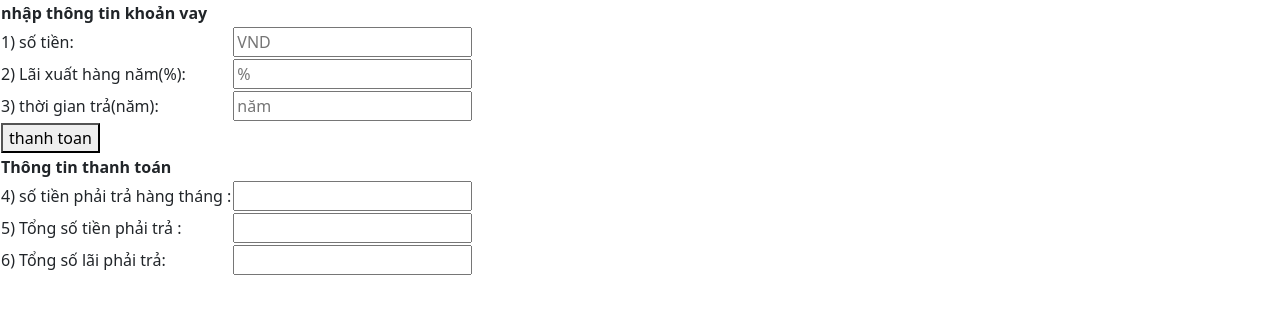
Repository: Lehuyhuynh/DOM
Page: BT2/index.html
An editor plug-in stored every save of this project. The page is shown before and after a run of saves, followed by the edit.
The browser window is 1280 px wide. The pictures show the whole page.

Above is the page before, as saved 2023-09-07 20:35:10.

### BT2/index.html
<!DOCTYPE html>
<html lang="en">
<head>
    <meta charset="UTF-8">
    <meta name="viewport" content="width=device-width, initial-scale=1.0">
    <title>BT2</title>
    <link rel="stylesheet" href="style.css">
    <link href="https://cdn.jsdelivr.net/npm/bootstrap@5.1.3/dist/css/bootstrap.min.css" rel="stylesheet" integrity="sha384-1BmE4kWBq78iYhFldvKuhfTAU6auU8tT94WrHftjDbrCEXSU1oBoqyl2QvZ6jIW3" crossorigin="anonymous">
</head>
<body>

  <form id="form">
    <table>
      <tr>
        <th>nhập thông tin khoản vay</th>
        <th colspan="1"></th>
      </tr>
      <tr>
        <td> <label for="money">1) số tiền:</label></td>
        <td><input type="text" id="money" name="money" placeholder="VND"></td>
      </tr>
      <tr>
        <td><label for="years">2) Lãi xuất hàng năm(%):</label></td>
        <td><input type="text" id="years" name="years" placeholder="%"></td>
      </tr>
      <tr>
        <td><label  for="time">3) thời gian trả(năm):</label></td>
        <td><input type="text" id="time" name="money" placeholder="năm"></td>
      </tr>

      <tr>
        <td><button> thanh toan </button></td>
      </tr>

      <tr>
        <th>Thông tin thanh toán</th>
        <th colspan="1"></th>
      </tr>
      <tr>
        <td>
          <label for="Monthly">4) số tiền phải trả hàng tháng :</label>
        </td>
        <td><input type="text" id="Monthly" ></td>
      </tr>
      <tr>
        <td><label for="amount" >5) Tổng số tiền phải trả :</label></td>
        <td><input type="text" id="amount"></td>
      </tr>
      <tr>
        <td><label for="totalProfit">6) Tổng số lãi phải trả:</label></td>
        <td><input type="text" id="totalProfit"></td>
      </tr>


    </table>
  </form>


    <script src="script.js"></script>
    <script src="https://cdn.jsdelivr.net/npm/bootstrap@5.1.3/dist/js/bootstrap.bundle.min.js" integrity="sha384-ka7Sk0Gln4gmtz2MlQnikT1wXgYsOg+OMhuP+IlRH9sENBO0LRn5q+8nbTov4+1p" crossorigin="anonymous"></script>
</body>

Loaded but not shown: BT2/script.js (no copy from this time; the picture is the same without it); BT2/style.css (no stored copy; drawn as an empty file)

After the next 3 saves:
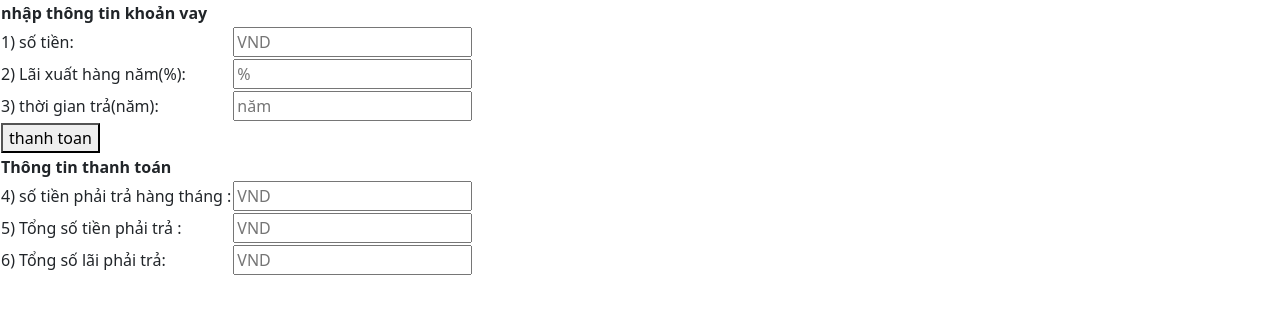
The 3 saves are shown as one change because they came seconds apart.
The last was saved 27 s later.
--- a/BT2/index.html
+++ b/BT2/index.html
@@ -40,15 +40,15 @@
         <td>
           <label for="Monthly">4) số tiền phải trả hàng tháng :</label>
         </td>
-        <td><input type="text" id="Monthly" ></td>
+        <td><input type="text" id="Monthly" name="money" placeholder="VND" ></td>
       </tr>
       <tr>
         <td><label for="amount" >5) Tổng số tiền phải trả :</label></td>
-        <td><input type="text" id="amount"></td>
+        <td><input type="text" id="amount" name="money" placeholder="VND"></td>
       </tr>
       <tr>
         <td><label for="totalProfit">6) Tổng số lãi phải trả:</label></td>
-        <td><input type="text" id="totalProfit"></td>
+        <td><input type="text" id="totalProfit" name="money" placeholder="VND"></td>
       </tr>
 
 
